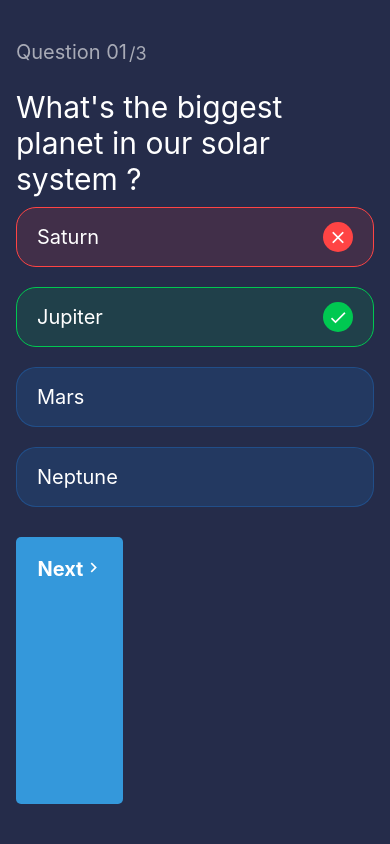
Repository: ds-mbappe/Quiz
Screen: /, after clicking the first element matching `div.r-transitionProperty-1i6wzkk`
These files come from the project's save history. The screen is drawn as it stood at one moment and after the next save; the edit follows.
The app was drawn by React Native's web renderer in a window 390 px wide. The project was rebuilt for these pictures with package versions that can differ from the ones it lists, and the page was loaded fresh each time.

Above is the screen before, as saved 2022-05-28 22:36:47.

### App.js
import React from 'react'
import { SafeAreaView, StyleSheet, Text } from 'react-native';
import { Quiz } from './screens';

const App = () => {
  return (
    <Quiz />
  )
}

export default App

const styles = StyleSheet.create({})

### screens/index.js
import Quiz from "./Quiz";

export {
    Quiz
}

### screens/Quiz.js
import React, { useState } from 'react'
import { SafeAreaView, StatusBar, StyleSheet, Text, TouchableOpacity, View } from 'react-native'
import { COLORS, SIZES } from '../constants';
import data from '../data/QuizData';
import MaterialCommunityIcons from 'react-native-vector-icons/MaterialCommunityIcons';

const Quiz = () => {

  const allQuestions = data;
  const [currentQuestionIndex, setCurrentQuestionIndex] = useState(0)
  const [currentOptionSelected, setCurrentOptionSelected] = useState(null);
  const [correctOption, setCorrectOption] = useState(null);
  const [isOptionDisabled, setIsOptionDisabled] = useState(false);
  const [score, setScore] = useState(0);
  const [showNextbutton, setShowNextButton] = useState(false);

  const validateAnswer = (selectedOption) => {
    let correct_option = allQuestions[currentQuestionIndex]['correct_option'];
    setCurrentOptionSelected(selectedOption);
    setCorrectOption(correct_option);
    setIsOptionDisabled(true);
    if(selectedOption == correct_option) {
      setScore(score + 1);
    }

    // Show Next Button
    setShowNextButton(true);
  }

  const renderQuestion = () => {
    return (
      <View>
        {/* Question Counter */}
        <View style={styles.questions}>
          <Text style={{color: COLORS.white, fontSize: 20, opacity: 0.6, marginRight: 2}}>{"Question " + currentQuestionIndex + 1}</Text>
          <Text style={{color: COLORS.white, fontSize: 18, opacity: 0.6}}>/{allQuestions.length}</Text>
        </View>

        <View style={{height: 25}}>
        </View>

        {/* Question */}
        <Text style={{color: COLORS.white, fontSize: 30}}>{allQuestions[currentQuestionIndex]?.question}</Text>
      </View>
    )
  }

  const renderOptions = () => {
    return (
      <View>
        {
          allQuestions[currentQuestionIndex]?.options.map(option => (
            <TouchableOpacity
              onPress={() => validateAnswer(option)}
              disabled={isOptionDisabled}
              key={option}
              style={{
                borderWidth: 1,
                borderColor: option == correctOption
                  ? COLORS.success
                  : option == currentOptionSelected
                    ? COLORS.error
                    : COLORS.secondary + '40',
                backgroundColor: option == correctOption
                ? COLORS.success + '20'
                : option == currentOptionSelected
                  ? COLORS.error + '20'
                  : COLORS.secondary + '20',
                height: 60,
                borderRadius: 20,
                flexDirection: 'row',
                alignItems: 'center',
                justifyContent: 'space-between',
                paddingHorizontal: 20,
                marginVertical: 10
              }}>
              <Text style={{ fontSize: 20, color: COLORS.white }}>{option}</Text>

              {/* Show Check or Cross based on answer */}
              {
                option == correctOption ? (
                  <View style={{
                    width: 30,
                    height: 30,
                    borderRadius: 30 / 2,
                    backgroundColor: COLORS.success,
                    justifyContent: 'center',
                    alignItems: 'center'
                  }}>
                    <MaterialCommunityIcons name="check" style={{
                      color: COLORS.white,
                      fontSize: 20
                    }} />
                  </View>
                ) : option == currentOptionSelected ?(
                  <View style={{
                    width: 30,
                    height: 30,
                    borderRadius: 30 / 2,
                    backgroundColor: COLORS.error,
                    justifyContent: 'center',
                    alignItems: 'center'
                  }}>
                    <MaterialCommunityIcons name="close" style={{
                      color: COLORS.white,
                      fontSize: 20
                    }} />
                  </View>
                ) : null
              }
            </TouchableOpacity>
          ))
        }
      </View>
    )
  }

  const renderNextButton = () => {
    if (showNextbutton) {
      return (
        <TouchableOpacity style={{flex: 1, flexDirection: 'row', justifyContent: 'flex-end', marginTop: 20, width: '30%', backgroundColor: COLORS.accent, padding: 20, borderRadius: 5}}>
          <Text style={{fontSize: 20, fontWeight: 'bold', color: COLORS.white, textAlign: 'center'}}>Next</Text>
          <MaterialCommunityIcons style={{fontSize: 20, fontWeight: 'bold', color: COLORS.white, textAlign: 'center'}} name='chevron-right'/>
        </TouchableOpacity>
      )
    }
    else {
      return null;
    }
  }

  return (
    <SafeAreaView style={styles.container}>
      <StatusBar barStyle='light-content' backgroundColor={COLORS.primary} />
      <View style={styles.mainView}>

        {/* ProgressBar */}

        {/* Question */}
        {renderQuestion()}

        {/* Options */}
        {renderOptions()}

        {/* Next Button */}
        {renderNextButton()}

      </View>
    </SafeAreaView>
  )
}

export default Quiz

const styles = StyleSheet.create({
  container: {
    flex: 1,
    backgroundColor: COLORS.background
  },
  mainView: {
    flex: 1,
    paddingVertical: 40,
    paddingHorizontal: 16,
    backgroundColor: COLORS.background,
    position: 'relative',
  },
  questions: {
    flexDirection: 'row',
    alignItems: 'flex-end',
  }
})

### data/QuizData.js
let data = [
    {
        question: "What's the biggest planet in our solar system ?",
        options: ["Saturn", "Jupiter", "Mars", "Neptune"],
        correct_option: "Jupiter"
    },
    {
        question: "Which animal can open his mouth the widest ?",
        options: ["Crocodile", "Lion", "Gorilla", "Hippo"],
        correct_option: "Hippo"
    },
    {
        question: "WHat is the largest animal on earth ?",
        options: ["The lion King", "The giraffe", "The blue whale", "The elephant"],
        correct_option: "The blue whale"
    },
    // {
    //     question: ,
    //     options: ,
    //     correct_option:
    // },
    // {
    //     question: ,
    //     options: ,
    //     correct_option:
    // }
]

export default data;

### constants/theme.js
import { Dimensions } from "react-native";
const { width, height } = Dimensions.get('window');

export const COLORS = {
    primary: "#252C4A",
    secondary: "#1E90FF",
    accent: "#3498DB",

    success: "#00C851",
    error: "#FF4444",

    black: "#171717",
    white: "#FFFFFF",
    background: "#252C4A"
}

export const SIZES = {
    base: 10,
    width,
    height
}

Loaded but not shown: constants/index.js (common file)

After the next save:
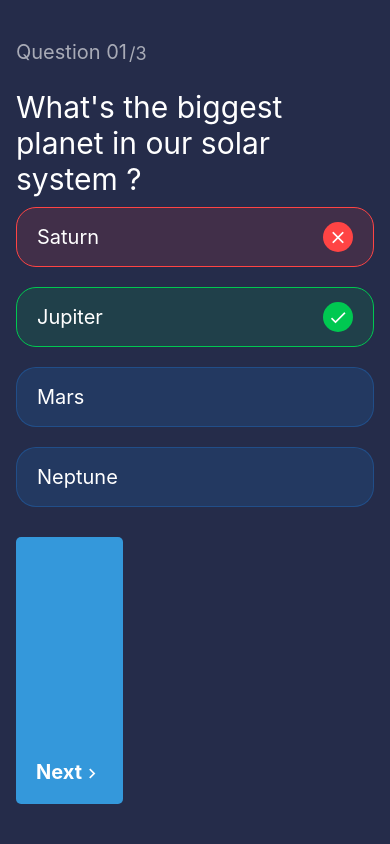
Saved 19 s later.
--- a/screens/Quiz.js
+++ b/screens/Quiz.js
@@ -118,7 +118,7 @@ const Quiz = () => {
   const renderNextButton = () => {
     if (showNextbutton) {
       return (
-        <TouchableOpacity style={{flex: 1, flexDirection: 'row', justifyContent: 'flex-end', marginTop: 20, width: '30%', backgroundColor: COLORS.accent, padding: 20, borderRadius: 5}}>
+        <TouchableOpacity style={{flex: 1, flexDirection: 'row', alignItems: 'flex-end', marginTop: 20, width: '30%', backgroundColor: COLORS.accent, padding: 20, borderRadius: 5}}>
           <Text style={{fontSize: 20, fontWeight: 'bold', color: COLORS.white, textAlign: 'center'}}>Next</Text>
           <MaterialCommunityIcons style={{fontSize: 20, fontWeight: 'bold', color: COLORS.white, textAlign: 'center'}} name='chevron-right'/>
         </TouchableOpacity>
